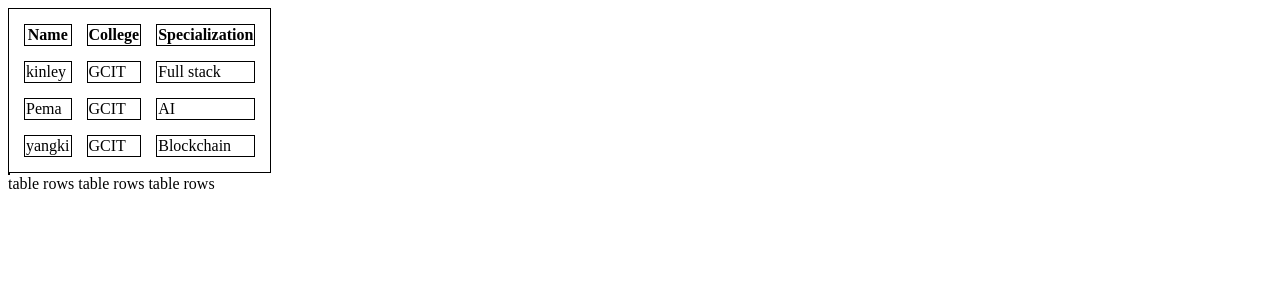
Repository: Pema-yangki/Css
Page: fed.html
The author's editor kept a copy of each file at every save. The page is drawn from the files as they stood at one save, then again after the next save.
The browser window is 1280 px wide. The pictures show the whole page.

Above is the page before, as saved 2024-03-15 14:51:44.

After the next save:
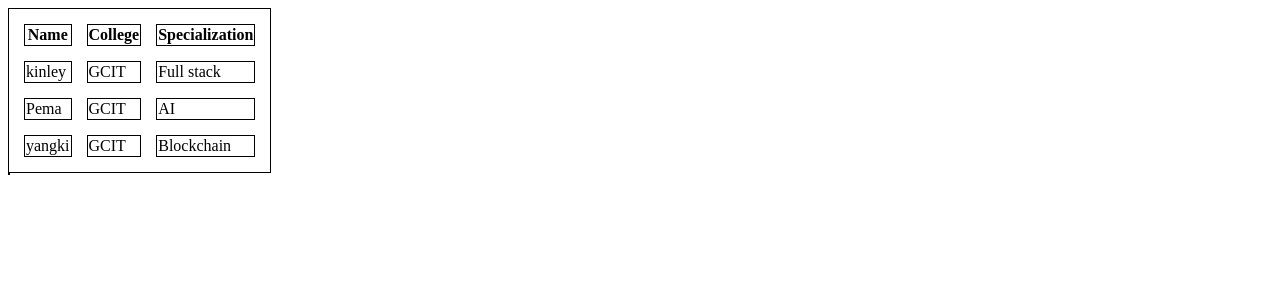
Saved 4 s later.
--- a/fed.html
+++ b/fed.html
@@ -57,15 +57,7 @@
     </tr>
     </table>
     <table></table>
-    <thead>
-        table rows
-      </thead>
-      <tfoot>
-        table rows
-      </tfoot>
-      <tbody>
-        table rows
-      </tbody>
+
    </table>
 
 </body>
